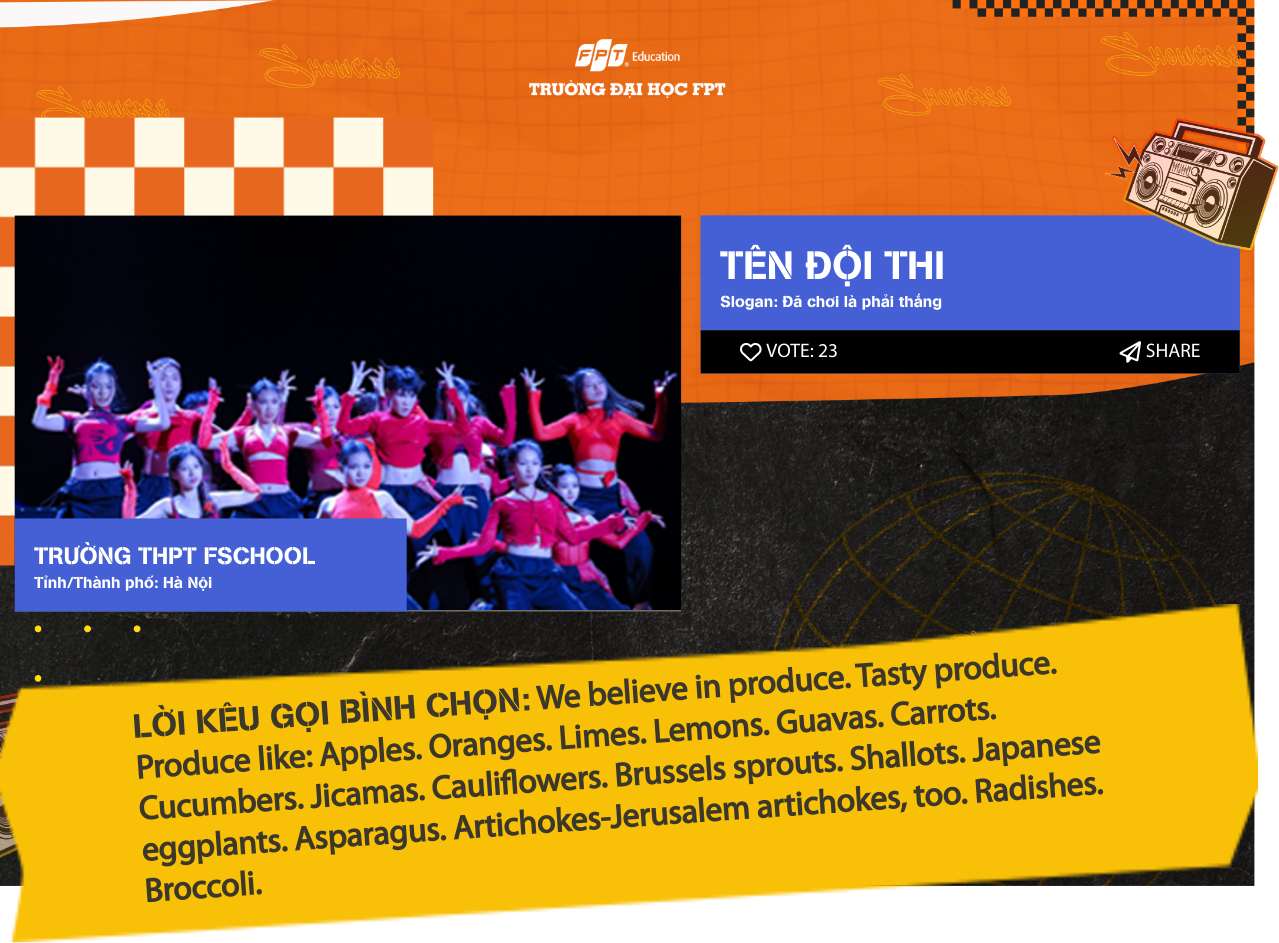
Repository: dinhtri123/hola_fpt
Page: detail.html
These files come from the project's save history. The page is drawn as it stood at one moment and after the next save; the edit follows.
The browser window is 1280 px wide. The page is 1305 px wide, so the pictures cover 1305 px, including what lies to the right of the window. The pictures show the whole page, at 98% of full size.

Above is the page before, as saved 2025-01-04 22:58:29.

After the next save:
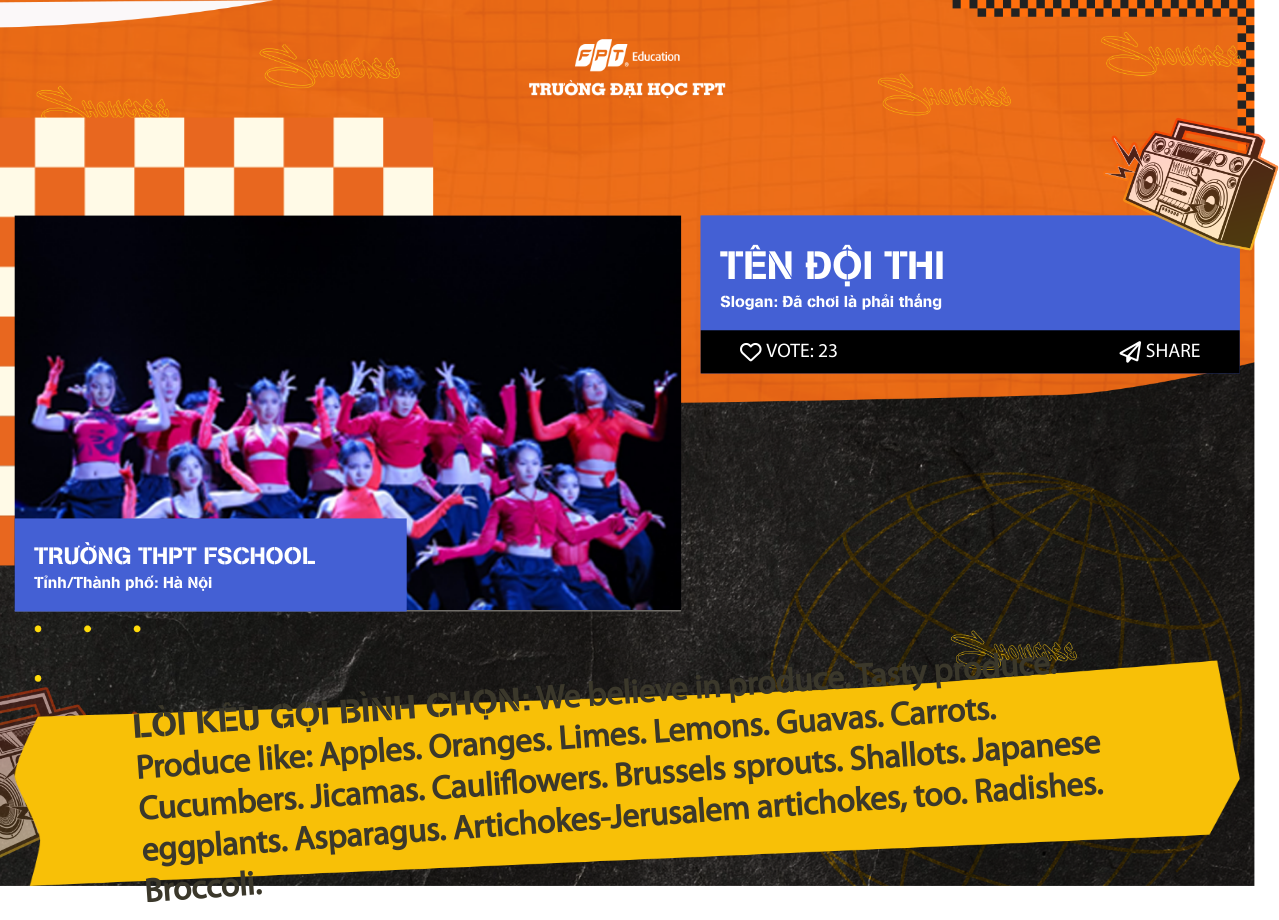
Saved 52 s later.
--- a/styles.css
+++ b/styles.css
@@ -438,6 +438,10 @@
 .detail .news-item-desc {
   transform: translate(0);
   margin-top: 50px;
+}
+.detail .news-item-desc::before {
+  background-image: url("./images/detailimg2.png");
+  transform: scale(1);
 }
 
 @media screen and (max-width: 1280px) {
